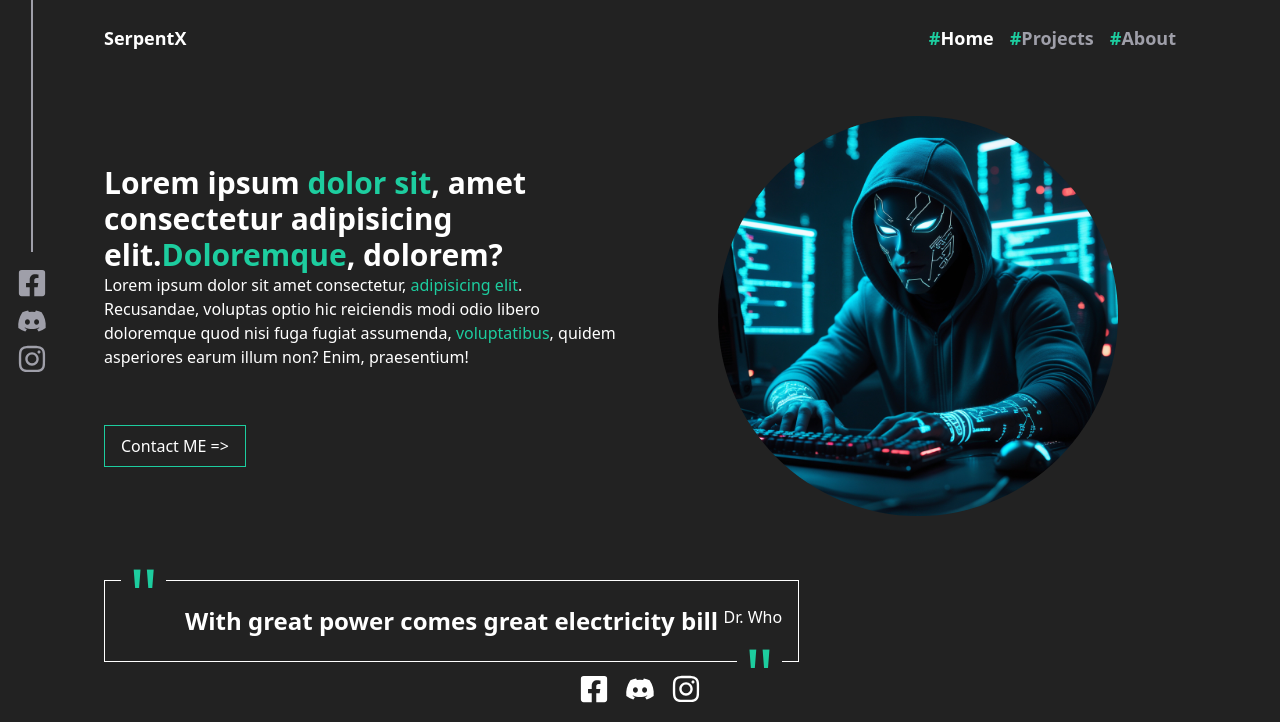
Repository: SERPENTX03/Portfolio-Tutorial
Page: /
An editor plug-in stored every save of this project. The page is shown before and after a run of saves, followed by the edit.
The browser window is 1280 px wide. The pictures show the whole page.
The project was rebuilt for these pictures with package versions that can differ from the ones it lists, and the page was loaded fresh each time. The framework's server and built-in components were replaced by stand-ins that run in the browser. Also part of the build but not shown: next.config.ts.

Above is the page before, as saved 2025-04-19 21:02:40.

### app/layout.tsx
import type { Metadata } from "next";
import { Geist, Geist_Mono } from "next/font/google";
import "./globals.css";
import SideContact from "@/components/SideContact";
import Navbar from "@/components/nav/Navbar";

const geistSans = Geist({
  variable: "--font-geist-sans",
  subsets: ["latin"],
});

const geistMono = Geist_Mono({
  variable: "--font-geist-mono",
  subsets: ["latin"],
});

export const metadata: Metadata = {
  title: "Create Next App",
  description: "Generated by create next app",
};

export default function RootLayout({
  children,
}: Readonly<{
  children: React.ReactNode;
}>) {
  return (
    <html lang="en">
      <body
        className={`${geistSans.variable} ${geistMono.variable} antialiased`}
      >
        <SideContact />
        <main className="max-w-[1200px] mx-auto sm:px-16 px-3">
          <Navbar />
          {children}
        </main>
      </body>
    </html>
  );
}

### app/page.tsx
import Hero from "@/components/Hero";

const Home = () => {
  return (
    <div>
      <Hero />
    </div>
  );
};
export default Home;

### app/globals.css
@import "tailwindcss";

@theme {
  --color-primary: #1dcd9f;
  --color-background: #222222;
  --color-text: #9f9fa9;
}

@utility hover-btn {
  @apply hover:bg-primary/30 transition-colors duration-300 ease-in-out;
}

body {
  background-color: var(--color-background);
  color: white;
}

### components/SideContact.tsx
import Link from "next/link";
import { FaFacebookSquare } from "react-icons/fa";
import { FaDiscord } from "react-icons/fa";
import { FaInstagram } from "react-icons/fa";

const SideContact = () => {
  return (
    <div className="fixed top-0 left-0 w-16 lg:flex flex-col hidden ">
      {/* Line */}
      <div className="h-[35vh] relative">
        <div className="h-full border border-text absolute top-0 left-1/2 -translate-x-1/2"></div>
      </div>
      {/* Socials */}
      <div className="text-text mt-4 flex flex-col gap-2 items-center">
        <Link target="_blank" href="https://www.facebook.com/serpentx.dev">
          <FaFacebookSquare size={30} />
        </Link>
        <Link target="_blank" href="https://discord.gg/serpentx">
          <FaDiscord size={30} />
        </Link>
        <Link target="_blank" href="https://www.instagram.com/serpentx.dev">
          <FaInstagram size={30} />
        </Link>
      </div>
    </div>
  );
};
export default SideContact;

### components/nav/Navbar.tsx
import MenuHamburger from "./MenuHamburger";
import Navlink from "./Navlink";

const Navbar = () => {
  return (
    <div className="flex justify-between items-center py-6">
      <h1 className="text-lg font-semibold ">SerpentX</h1>
      <Navlink />
      <MenuHamburger />
    </div>
  );
};
export default Navbar;

### components/Hero.tsx
import Image from "next/image";

const Hero = () => {
  return (
    <section className="mt-10">
      <div className="flex flex-col sm:flex-row justify-between gap-10 items-center">
        <div className="w-full sm:w-1/2">
          <h2 className="text-3xl font-bold">
            Lorem ipsum <span className="text-primary">dolor sit</span>, amet
            consectetur adipisicing elit.
            <span className="text-primary">Doloremque</span>, dolorem?
          </h2>
          <p>
            Lorem ipsum dolor sit amet consectetur,{" "}
            <span className="text-primary">adipisicing elit</span>. Recusandae,
            voluptas optio hic reiciendis modi odio libero doloremque quod nisi
            fuga fugiat assumenda,{" "}
            <span className="text-primary">voluptatibus</span>, quidem
            asperiores earum illum non? Enim, praesentium!
          </p>
          <button className="hover-btn border border-primary px-4 py-2 mt-14 cursor-pointer">
            Contact ME ={">"}
          </button>
        </div>
        <div className="w-full sm:w-1/2 flex justify-center">
          <Image
            className="object-cover rounded-full"
            src="/images/hero.jpg"
            alt="hero"
            width={400}
            height={400}
          />
        </div>
      </div>
      <div className="mt-16 flex justify-center border py-6 px-20 w-fit relative">
        <h5 className=" text-2xl font-bold ">
          With great power comes great electricity bill
        </h5>
        <span className="absolute -top-6 left-4 bg-background px-2 text-primary text-7xl">
          &quot;
        </span>
        <span className="absolute -bottom-12 h-fit right-4 bg-background px-2 text-primary text-7xl">
          &quot;
        </span>
        <span className="absolute right-4 bottom">Dr. Who</span>
      </div>
    </section>
  );
};
export default Hero;

### components/nav/MenuHamburger.tsx
"use client";
import { RiMenuFoldLine } from "react-icons/ri";
import { links } from "@/data/NavLink";
import { useEffect, useState } from "react";
import { IoClose } from "react-icons/io5";
import Link from "next/link";
import { usePathname } from "next/navigation";
import { motion, AnimatePresence } from "framer-motion";
import { FaDiscord, FaFacebookSquare, FaInstagram } from "react-icons/fa";

const MenuHamburger = () => {
  const [isOpen, setIsOpen] = useState(false);
  const pathname = usePathname();

  const handleOpen = () => {
    setIsOpen(!isOpen);
  };

  useEffect(() => {
    setIsOpen(false); // ปิดเมนูเมื่อ path เปลี่ยน
  }, [pathname]);
  return (
    <>
      <AnimatePresence mode="wait">
        {isOpen ? (
          <motion.div
            key="close"
            initial={{ rotate: -90, opacity: 0 }}
            animate={{ rotate: 0, opacity: 1 }}
            exit={{ rotate: 90, opacity: 0 }}
            transition={{ duration: 0.2 }}
            className="cursor-pointer block md:hidden z-50"
            onClick={handleOpen}
          >
            <IoClose size={30} />
          </motion.div>
        ) : (
          <motion.div
            key="menu"
            initial={{ rotate: 90, opacity: 0 }}
            animate={{ rotate: 0, opacity: 1 }}
            exit={{ rotate: -90, opacity: 0 }}
            transition={{ duration: 0.3 }}
            className="cursor-pointer block md:hidden z-10"
            onClick={handleOpen}
          >
            <RiMenuFoldLine size={30} />
          </motion.div>
        )}
      </AnimatePresence>
      {isOpen && (
        <ul className="fixed top-0 left-0 w-full h-screen bg-background ">
          <h1 className="text-2xl font-bold m-3">SerpentX</h1>
          {links.map((nav, index) => (
            <li
              key={index}
              className={`text-2xl m-3 font-semibold text-text ${
                pathname === nav.href ? "text-white" : "text-text"
              }`}
            >
              <Link href={nav.href}>
                <span className="text-primary">#</span>
                {nav.label}
              </Link>
            </li>
          ))}
        </ul>
      )}
      <div className="fixed bottom-4 left-1/2 -translate-x-1/2 flex gap-4">
        <Link target="_blank" href="https://www.facebook.com/serpentx.dev">
          <FaFacebookSquare size={30} />
        </Link>
        <Link target="_blank" href="https://discord.gg/serpentx">
          <FaDiscord size={30} />
        </Link>
        <Link target="_blank" href="https://www.instagram.com/serpentx.dev">
          <FaInstagram size={30} />
        </Link>
      </div>
    </>
  );
};
export default MenuHamburger;

### components/nav/Navlink.tsx
"use client";
import { links } from "@/data/NavLink";
import Link from "next/link";
import { usePathname } from "next/navigation";

const Navlink = () => {
  const pathname = usePathname();
  return (
    <ul className="md:flex gap-4 hidden ">
      {links.map((nav, index) => (
        <li
          key={index}
          className={`text-lg font-semibold text-text ${
            pathname === nav.href ? "text-white" : "text-text"
          }`}
        >
          <Link href={nav.href}>
            <span className="text-primary">#</span>
            {nav.label}
          </Link>
        </li>
      ))}
    </ul>
  );
};
export default Navlink;

### data/NavLink.ts
export const links = [
  {
    label: "Home",
    href: "/",
  },
  {
    label: "Projects",
    href: "/projects",
  },
  {
    label: "About",
    href: "/about",
  },
];

After the next 3 saves:
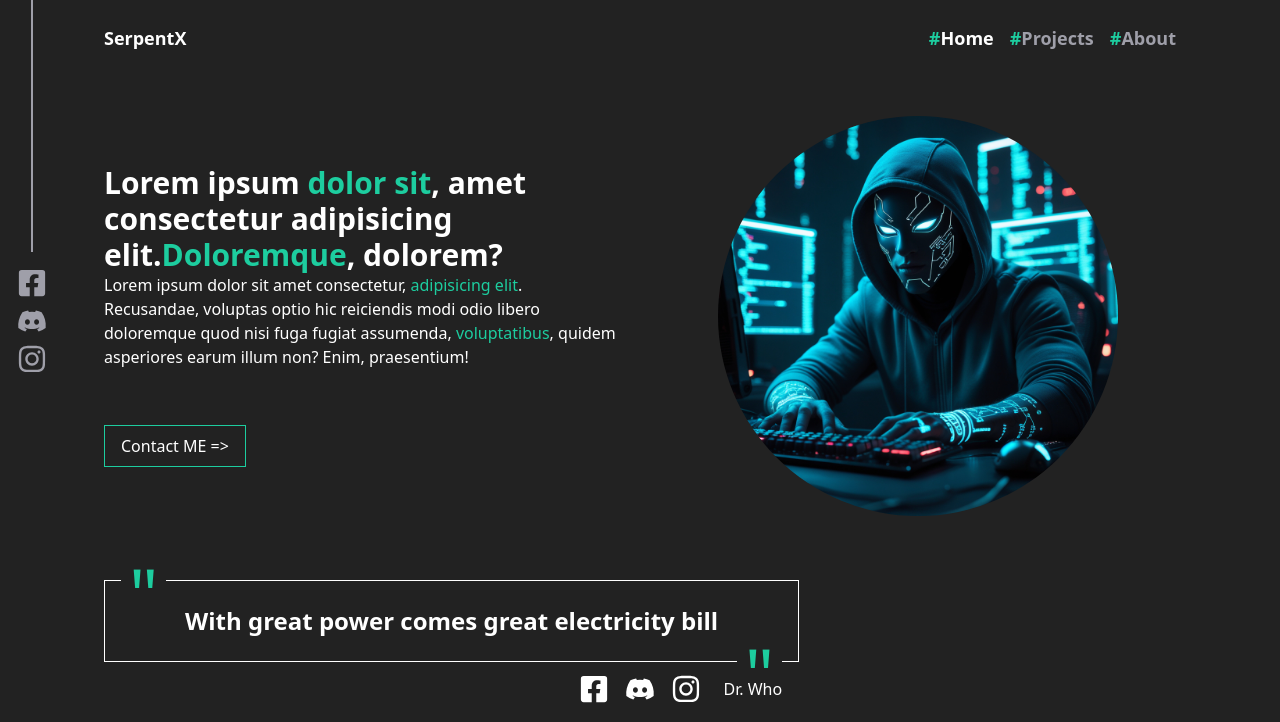
The 3 saves are shown as one change because they came seconds apart.
The last was saved 15 s later.
--- a/components/Hero.tsx
+++ b/components/Hero.tsx
@@ -42,7 +42,7 @@ const Hero = () => {
         <span className="absolute -bottom-12 h-fit right-4 bg-background px-2 text-primary text-7xl">
           &quot;
         </span>
-        <span className="absolute right-4 bottom">Dr. Who</span>
+        <span className="absolute right-4 -bottom-10">Dr. Who</span>
       </div>
     </section>
   );
